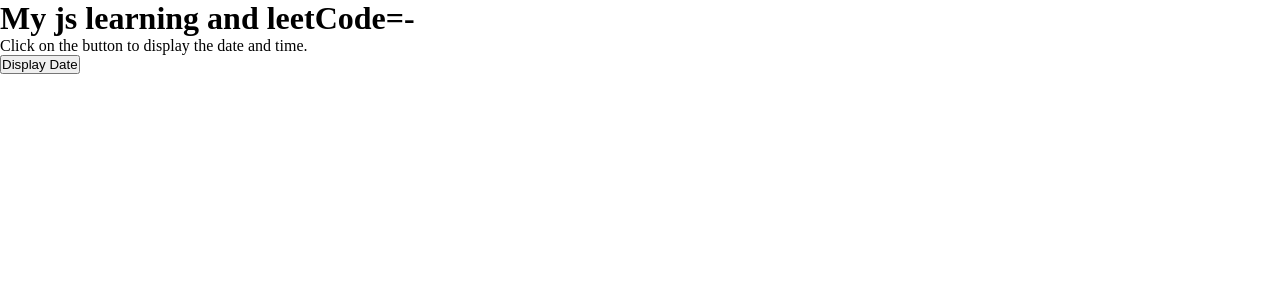
Repository: Reyanabid123/leetcode
Page: index.html
An editor plug-in stored every save of this project. The page is shown before and after a run of saves, followed by the edit.
The browser window is 1280 px wide. The pictures show the whole page.

Above is the page before, as saved 2025-01-01 22:34:32.

### index.html
<!DOCTYPE html>
<html lang="en">
<head>
  <meta charset="UTF-8">
  <meta name="viewport" content="width=device-width, initial-scale=1.0">
  <title>My js learning and leetCode=-</title>
  <link rel="stylesheet" href="css/style.css">
</head>
<body>
  <div class="box">
    <h1>My js learning and leetCode=-</h1>
    <p>Click on the button to display the date and time.</p>
    <button onclick="displayDate()">Display Date</button>
    <p id="demo"></p>
  </div>
</body>
</html>

### css/style.css
*{
margin: 0%;
padding: 0%;
box-sizing: border-box;

}

After the next 3 saves:
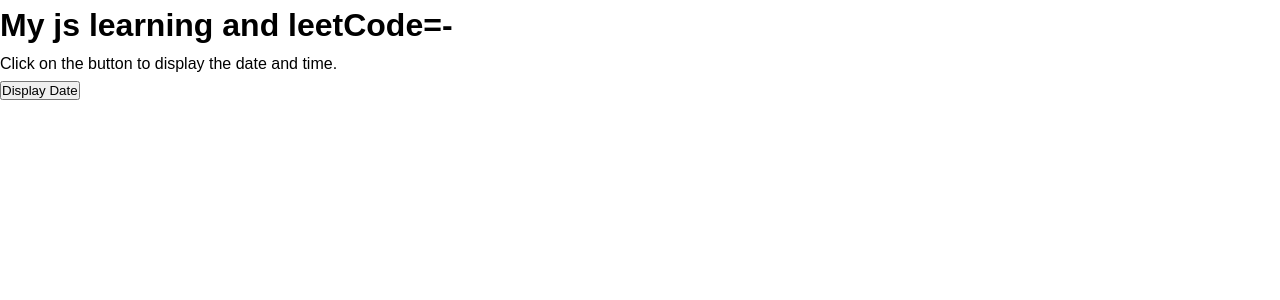
The 3 saves are shown as one change because they came seconds apart.
The last was saved 7 s later.
--- a/css/style.css
+++ b/css/style.css
@@ -3,4 +3,12 @@
 padding: 0%;
 box-sizing: border-box;
 
+body {
+font-family: Arial, sans-serif;
+line-height: 1.6;
 }
+
+h1 {
+font-size: 2rem;
+}
+}
